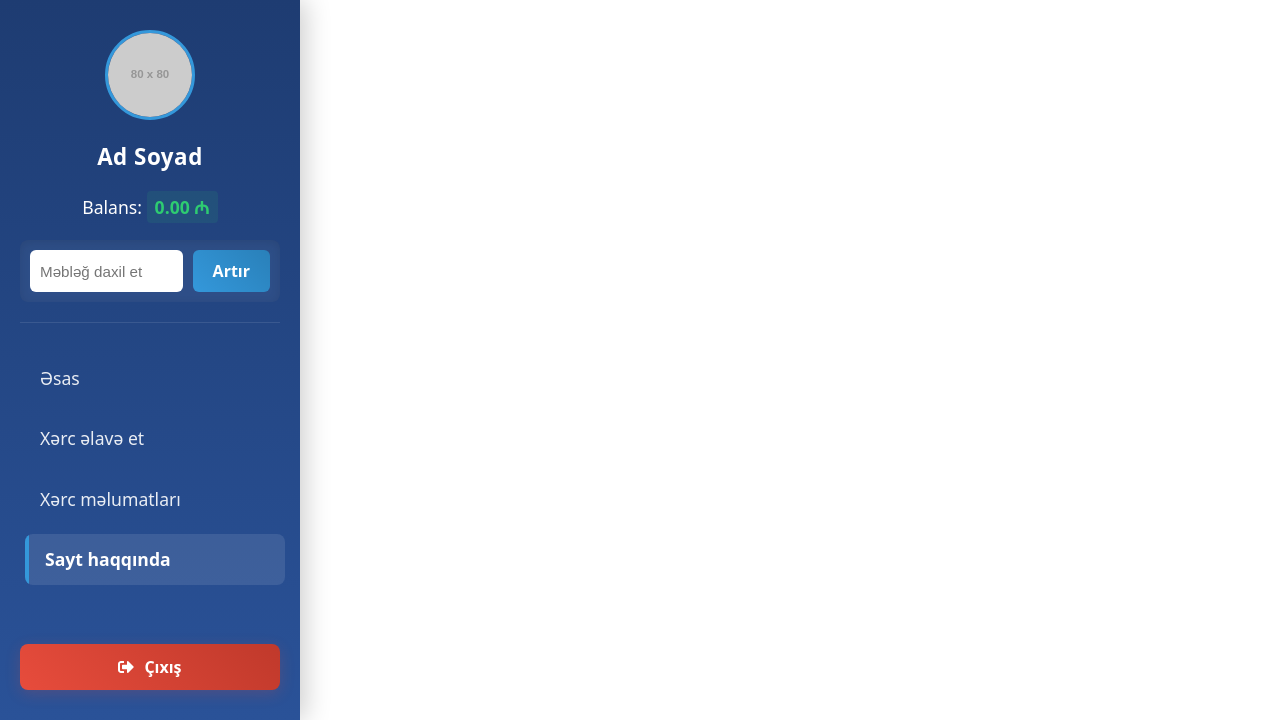
Repository: ferhadsultan98/financialmanagement
Page: /about
These files come from the project's save history. The page is drawn as it stood at one moment and after the next save; the edit follows.
The browser window is 1280 px wide. The pictures show the whole page.
The project was rebuilt for these pictures with package versions that can differ from the ones it lists, and the page was loaded fresh each time. Also part of the build but not shown: vite.config.js, src/Components/Sidebar/ProfileModal.jsx, src/Pages/Home/Home.jsx, src/Pages/AddExpense/AddExpense.jsx, src/Pages/ExpenseDetails/ExpenseDetails.jsx, src/Components/Login/Login.scss, src/Components/Login/Login.jsx.

Above is the page before, as saved 2025-03-23 23:51:53.

After the next save:
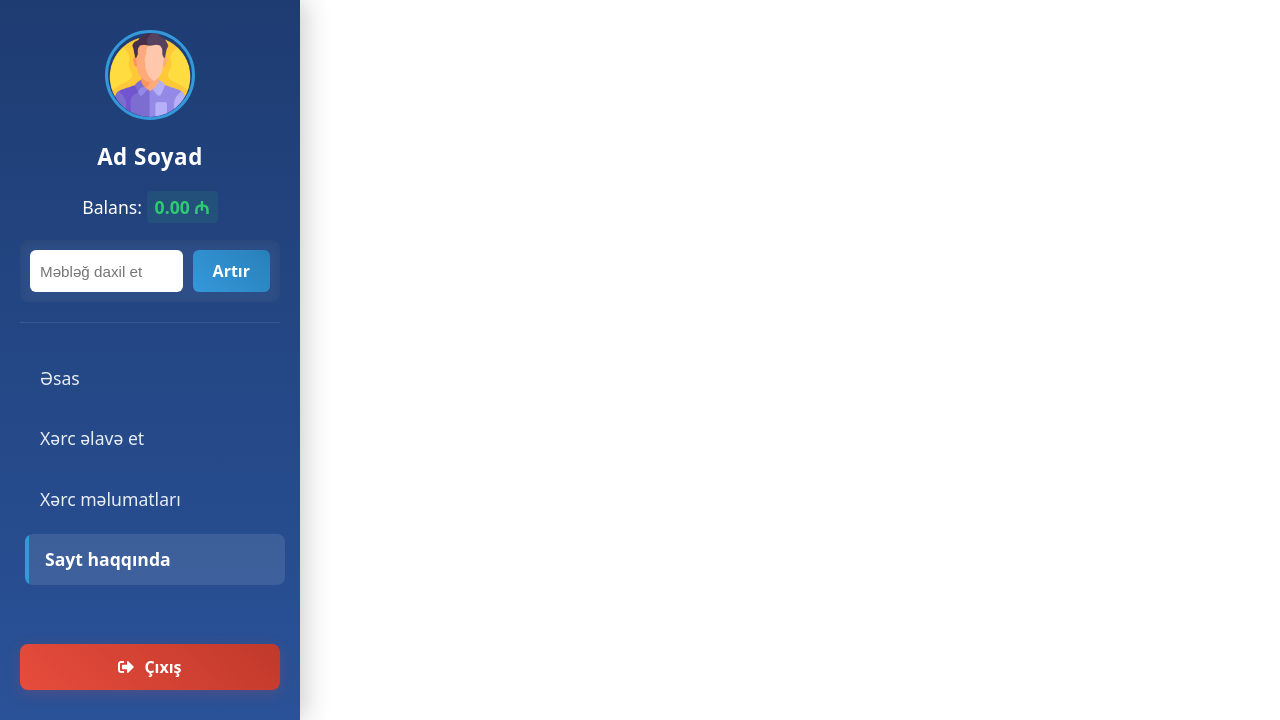
Saved 8 s later.
--- a/src/Components/Sidebar/Sidebar.jsx
+++ b/src/Components/Sidebar/Sidebar.jsx
@@ -66,7 +66,7 @@ const Sidebar = () => {
             transition={{ type: 'spring', stiffness: 300 }}
             onClick={() => setIsModalOpen(true)}
           >
-            <img src="https://via.placeholder.com/80" alt="Profile" />
+            <img src={UserProfileIcon} alt="Profile" />
             <div className="profile-overlay">
               <span>Profilə bax</span>
             </div>
